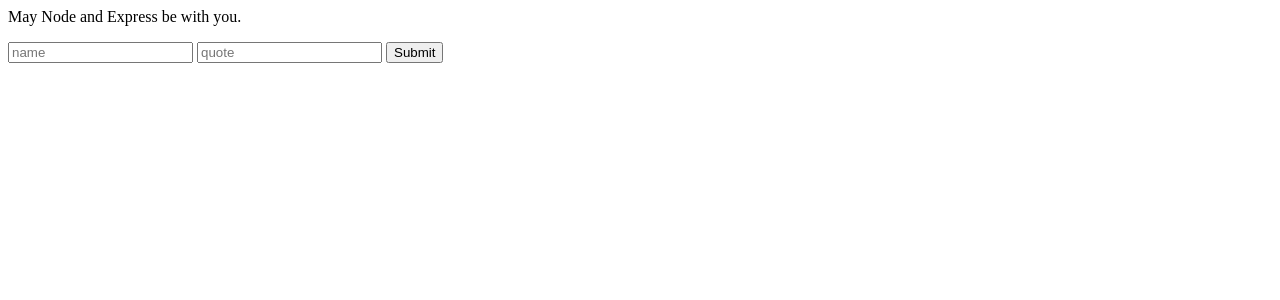
Repository: devsweeting/Express-MongoDb-Practice
Page: http://localhost/
An editor plug-in stored every save of this project. The page is shown before and after the next save, followed by the edit.
The browser window is 1280 px wide. The pictures show the whole page.
The page is served by the project's Node server (server.js). Queries for data that is not in the repository find no rows.

Above is the page before, as saved 2019-04-28 22:19:08.

### views/index.ejs
<!DOCTYPE html>
<html lang="en">

<head>
    <meta charset="UTF-8">
    <title>Crud/Express/Mongo</title>
</head>

<body>
    May Node and Express be with you.

    <ul class="quotes">
        <% for(var i=0; i<quotes.length; i++) {%>
        <li class="quote">
            <span><%= quotes[i].name %></span>
            <span><%= quotes[i].quote %></span>
        </li>
        <% } %>
    </ul>

    <form action="/quotes" method="POST">
        <input type="text" placeholder="name" name="name">
        <input type="text" placeholder="quote" name="quote">
        <button type="submit">Submit</button>
    </form>
</body>

</html>

### server.js
const express = require('express');
const bodyParser = require('body-parser')
const MongoClient = require('mongodb').MongoClient
const app = express();

var db
var user = encodeURI('dev_sweets')
var password = encodeURI('naynay%4076')

MongoClient.connect(`mongodb+srv://${user}:${password}@mongodb-practice-ns9s9.mongodb.net/test?retryWrites=true`, (err, client) => {
    if (err) return console.log(err)
    db = client.db('MongoDb-Practice')
    app.listen(3000, () => {
        console.log('listening on 3000')
    })
})

app.set('view engine', 'ejs')
app.use(bodyParser.urlencoded({extended: true}))



app.get('/', (req, res) => {
    db.collection('quotes').find().toArray((err, result) => {
        if (err) return console.log(err)
        // renders index.ejs
        res.render('index.ejs', { quotes: result })
    })
})



app.post('/quotes', (req, res) => {
    db.collection('quotes').save(req.body, (err, result) => {
        if (err) return console.log(err)

        console.log('saved to database')
        res.redirect('/')
    })
})

After the next save:
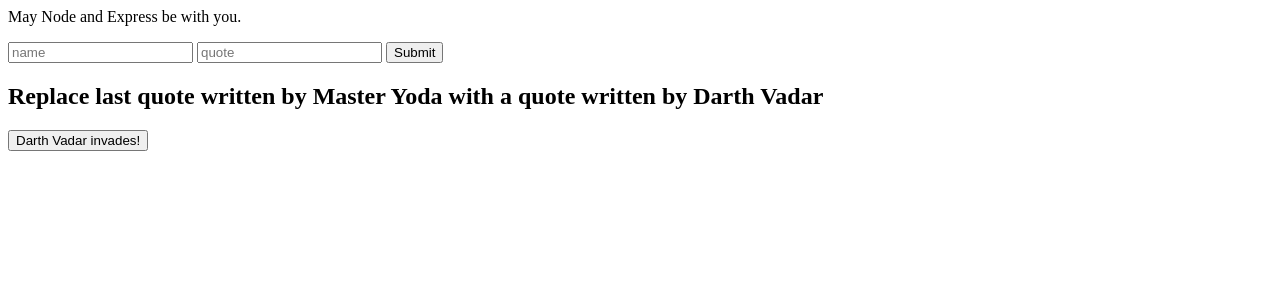
Saved 15 min 37 s later.
--- a/views/index.ejs
+++ b/views/index.ejs
@@ -1,14 +1,11 @@
 <!DOCTYPE html>
 <html lang="en">
-
 <head>
     <meta charset="UTF-8">
     <title>Crud/Express/Mongo</title>
 </head>
-
 <body>
     May Node and Express be with you.
-
     <ul class="quotes">
         <% for(var i=0; i<quotes.length; i++) {%>
         <li class="quote">
@@ -17,12 +14,15 @@
         </li>
         <% } %>
     </ul>
-
     <form action="/quotes" method="POST">
         <input type="text" placeholder="name" name="name">
         <input type="text" placeholder="quote" name="quote">
         <button type="submit">Submit</button>
     </form>
+    <div>
+        <h2>Replace last quote written by Master Yoda with a quote written by Darth Vadar</h2>
+        <button id="update"> Darth Vadar invades! </button>
+    </div>
 </body>
 
 </html>
